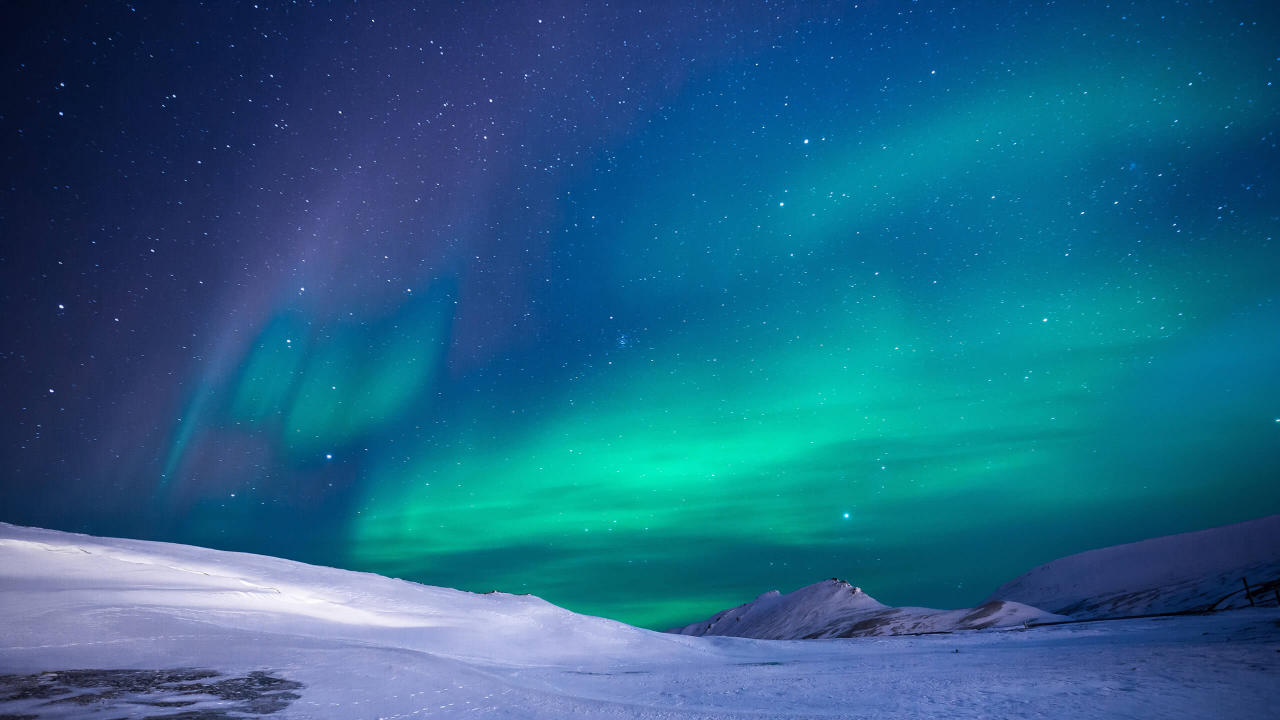
Repository: DHUAVH/Blog
Page: test/test.html
These files come from the project's save history. The page is drawn as it stood at one moment and after the next save; the edit follows.
The browser window is 1280 px wide. The pictures show the whole page.

Above is the page before, as saved 2020-11-29 16:12:42.

### test/test.html
<!DOCTYPE html>
<html lang="en">
<head>
   <meta charset="UTF-8">
   <meta name="viewport" content="width=device-width, initial-scale=1.0">
   <title>Document</title>
   <style>
      .background{
         background-image: url(../images/login.jpg);
         contain;
         background-size: 100%;
      }
   </style>
</head>

<body class="background">

</body>
</html>

After the next save:
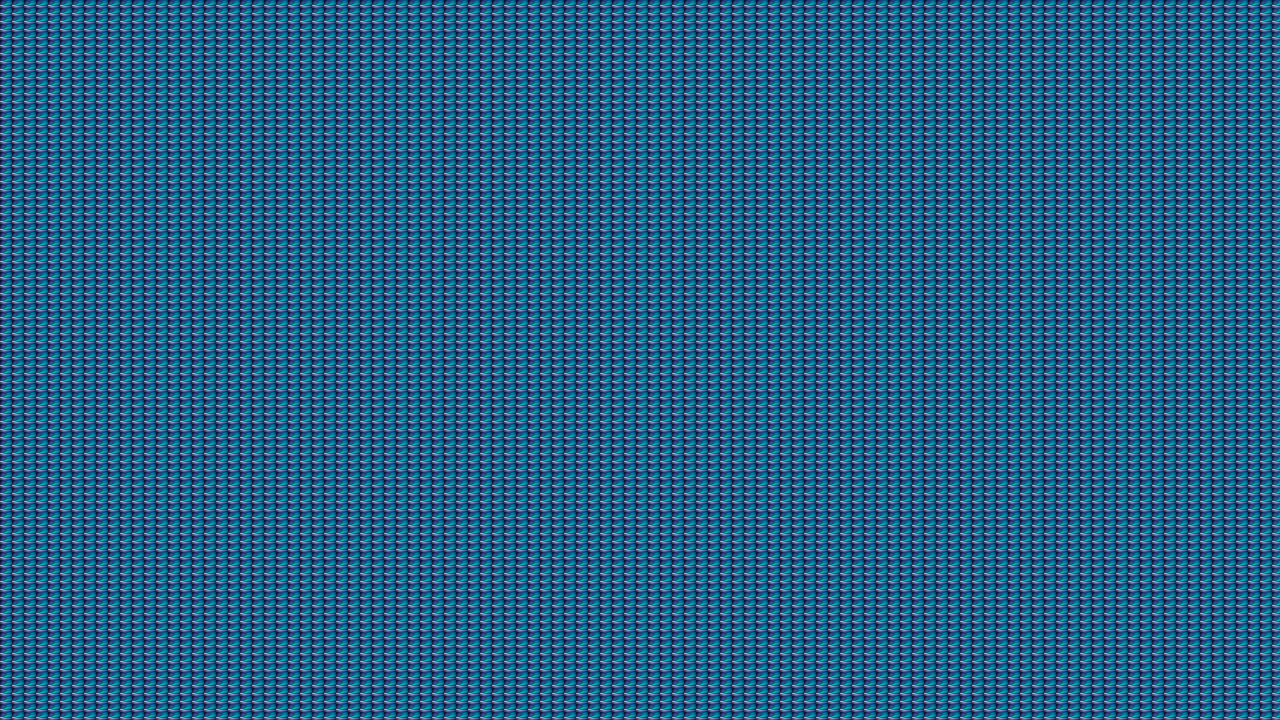
Saved 50 s later.
--- a/test/test.html
+++ b/test/test.html
@@ -7,8 +7,7 @@
    <style>
       .background{
          background-image: url(../images/login.jpg);
-         contain;
-         background-size: 100%;
+         background-size: contain;
       }
    </style>
 </head>

After the save that followed:
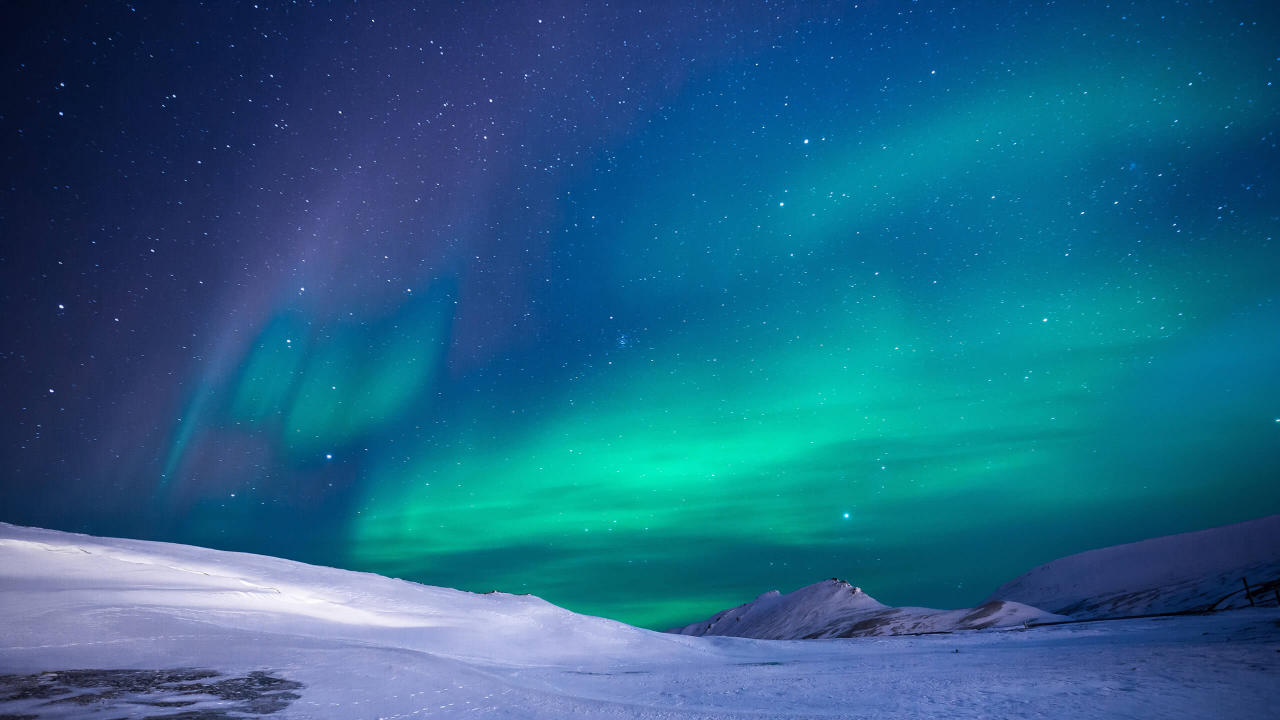
Saved 26 s later.
--- a/test/test.html
+++ b/test/test.html
@@ -7,7 +7,7 @@
    <style>
       .background{
          background-image: url(../images/login.jpg);
-         background-size: contain;
+         background-size: cover;
       }
    </style>
 </head>
